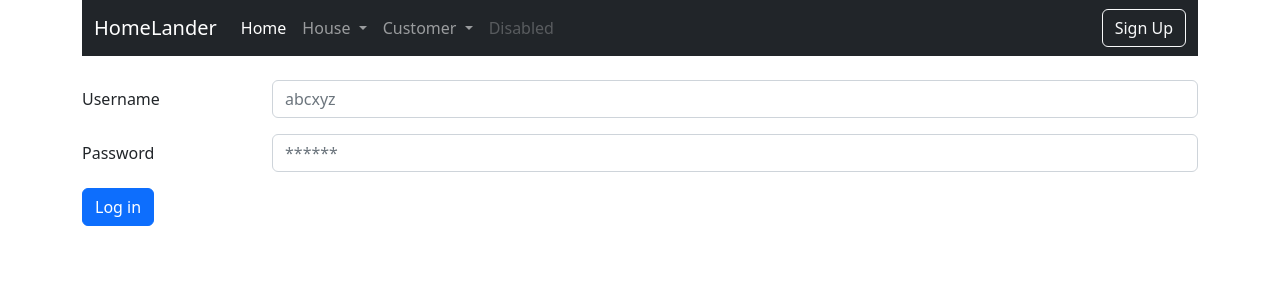
Repository: nguyenhung50497/MD3_caseStudy
Page: src/views/home.html
The author's editor kept a copy of each file at every save. The page is drawn from the files as they stood at one save, then again after the next save.
The browser window is 1280 px wide. The pictures show the whole page.

Above is the page before, as saved 2023-01-04 08:19:32.

After the next save:
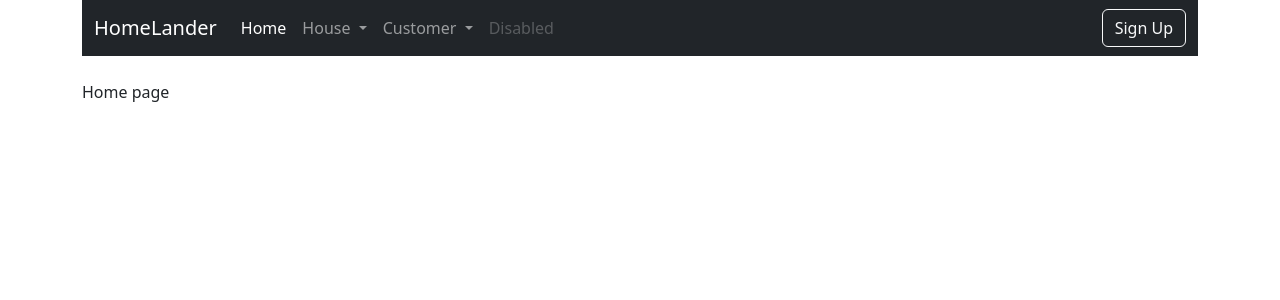
Saved 11 s later.
--- a/src/views/home.html
+++ b/src/views/home.html
@@ -53,38 +53,7 @@
         </div>
       </nav>
       <br>
-      <form action="/customer/login" method="post">
-        <div class="row mb-3">
-          <label for="inputEmail3" class="col-sm-2 col-form-label">Username</label>
-          <div class="col-sm-10">
-            <input type="text" name="userName" class="form-control" id="inputEmail3" placeholder="abcxyz">
-          </div>
-        </div>
-        <div class="row mb-3">
-          <label for="inputPassword3" class="col-sm-2 col-form-label">Password</label>
-          <div class="col-sm-10">
-            <input type="password" name="password" class="form-control" id="inputPassword3" placeholder="******">
-          </div>
-        </div>
-        <button type="submit" class="btn btn-primary" data-bs-toggle="modal" data-bs-target="#loginModal">Log in</button>
-      </form>
-      <div class="modal fade" id="loginModal" tabindex="-1" aria-labelledby="exampleModalLabel" aria-hidden="true">
-        <div class="modal-dialog">
-          <div class="modal-content">
-            <div class="modal-header">
-              <h1 class="modal-title fs-5" id="exampleModalLabel">Notification</h1>
-              <button type="button" class="btn-close" data-bs-dismiss="modal" aria-label="Close"></button>
-            </div>
-            <div class="modal-body">
-              Username or password is wrong! Please try again!
-            </div>
-            <div class="modal-footer">
-              <button type="button" class="btn btn-secondary" data-bs-dismiss="modal">Close</button>
-            </div>
-          </div>
-        </div>
-      </div>
-    </div>
+      Home page
     <script src="https://cdn.jsdelivr.net/npm/bootstrap@5.2.3/dist/js/bootstrap.bundle.min.js" integrity="sha384-kenU1KFdBIe4zVF0s0G1M5b4hcpxyD9F7jL+jjXkk+Q2h455rYXK/7HAuoJl+0I4" crossorigin="anonymous"></script>
   </body>
 </html>
